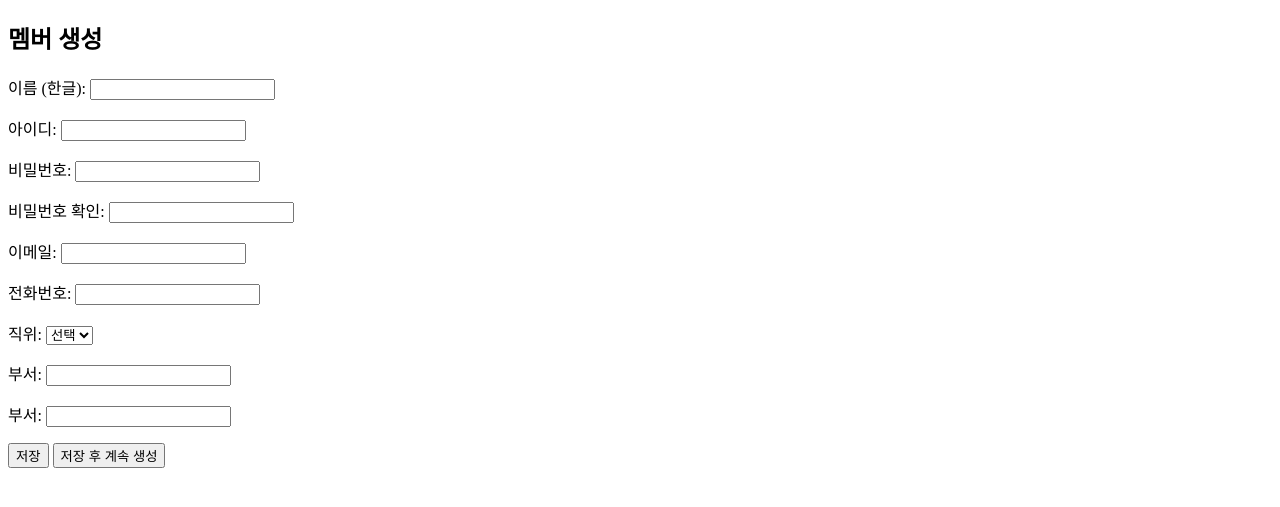
Repository: devgolol/Flow
Page: http://localhost/coretime/WEB-INF/views/userForm.jsp
An editor plug-in stored every save of this project. The page is shown before and after a run of saves, followed by the edit.
The browser window is 1280 px wide. The pictures show the whole page.
The page is served by Tomcat 9. Nobody is signed in. Other server files are loaded and not shown. The template is opened directly, without the code that normally fills it, so the values that code supplies are empty.

Above is the page before, as saved 2025-06-30 05:42:30.

### coretime/src/main/webapp/WEB-INF/views/userForm.jsp
<%@ page language="java" contentType="text/html; charset=UTF-8"
	pageEncoding="UTF-8"%>
<%@ taglib uri="http://www.springframework.org/tags/form" prefix="form"%>
<!DOCTYPE html>
<html>
<head>
<meta charset="UTF-8">
<title>Insert title here</title>
</head>
<body>
<body>
<h2>멤버 생성</h2>
<form:form modelAttribute="user" method="post" action="/users/insert">
	<p>이름 (한글): <form:input path="name"/></p>
    <p>아이디: <form:input path="id"/></p>
    <p>비밀번호: <form:password path="password"/></p>
    <p>비밀번호 확인: <form:password path="confirmPassword"/></p>
    <p>이메일: <form:input path="email"/></p>
    <p>전화번호: <form:input path="tel"/></p>
    <p>직위:
        <form:select path="rank">
            <form:option value="">선택</form:option>
            <form:option value="사원">사원</form:option>
            <form:option value="대리">대리</form:option>
            <form:option value="과장">과장</form:option>
            <form:option value="차장">차장</form:option>
            <form:option value="부장">부장</form:option>
        </form:select>
    </p>
    <p>부서: <form:input path="department"/></p>
    <p>부서: <form:input path="department"/></p>

    <p>
        <button type="submit">저장</button>
        <button type="submit" formaction="/users/saveAndContinue">저장 후 계속 생성</button>
    </p>
</form:form>
</body>
</body>
</html>

After the next 2 saves:
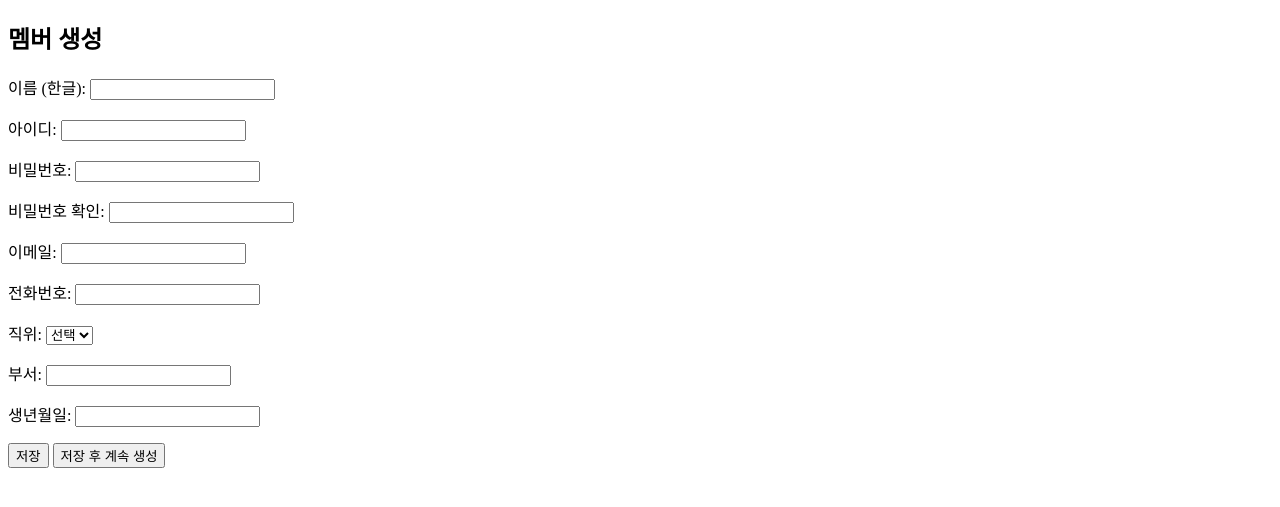
The 2 saves are shown as one change because they came seconds apart.
The last was saved 7 s later.
--- a/coretime/src/main/webapp/WEB-INF/views/userForm.jsp
+++ b/coretime/src/main/webapp/WEB-INF/views/userForm.jsp
@@ -28,7 +28,7 @@
         </form:select>
     </p>
     <p>부서: <form:input path="department"/></p>
-    <p>부서: <form:input path="department"/></p>
+    <p>생년월일: <form:input path="birth"/></p>
 
     <p>
         <button type="submit">저장</button>
